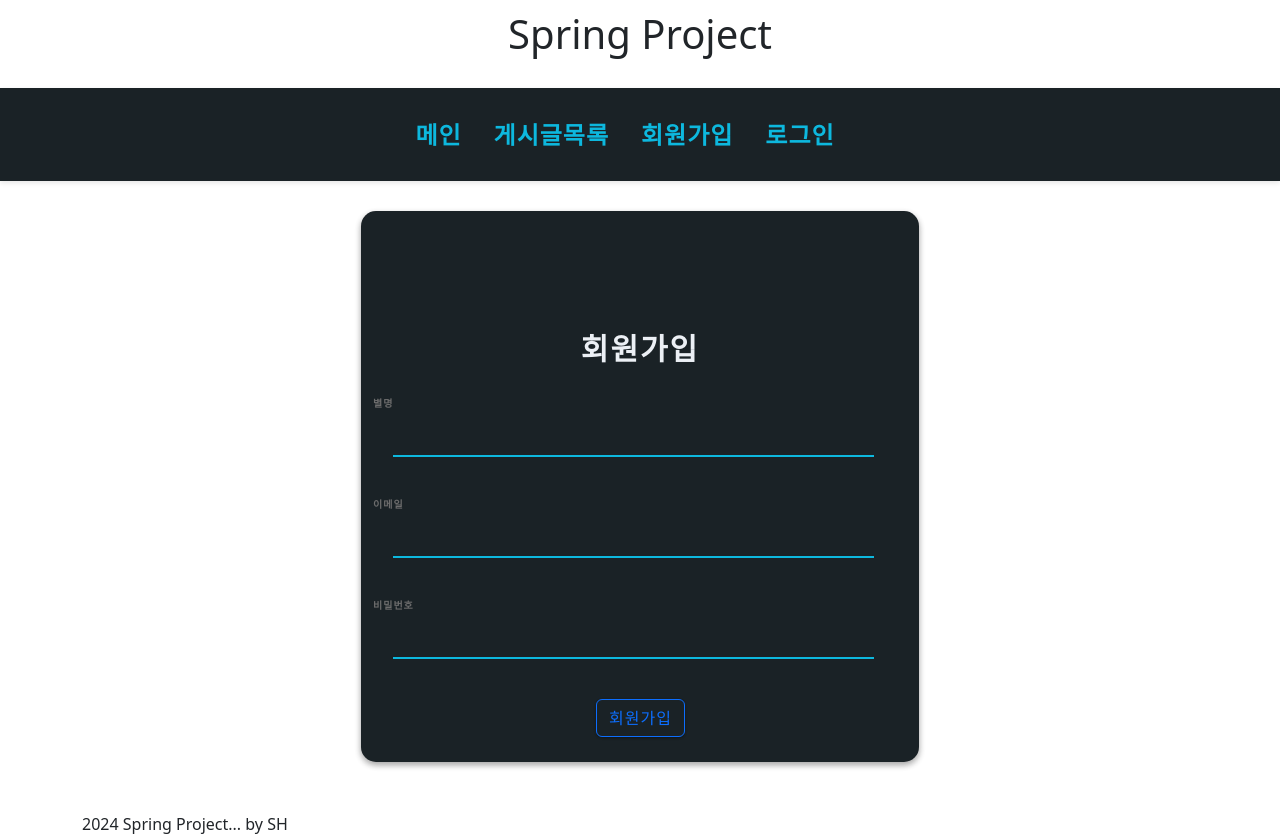
Repository: dtkd19/spring_personal_project
Page: http://localhost/myproject/WEB-INF/views/user/register.jsp
An editor plug-in stored every save of this project. The page is shown before and after the next save, followed by the edit.
The browser window is 1280 px wide. The pictures show the whole page.
The page is served by Tomcat 9. Nobody is signed in. Other server files are loaded and not shown. The template is opened directly, without the code that normally fills it, so the values that code supplies are empty.

Above is the page before, as saved 2024-11-08 07:16:56.

### myproject/src/main/webapp/WEB-INF/views/user/register.jsp
<%@ page language="java" contentType="text/html; charset=UTF-8"
	pageEncoding="UTF-8"%>
<%@ taglib uri="http://java.sun.com/jsp/jstl/core" prefix="c"%>
<link href="../resources/css/login.css" rel="stylesheet"/>
<jsp:include page="../layout/header.jsp" />

<div class="container-md">

	<div class="container">
		<div class="row">
			<div class="col-lg-3 col-md-2"></div>
			<div class="col-lg-6 col-md-8 login-box">
				<div class="col-lg-12 login-key">
					<i class="fa fa-key" aria-hidden="true"></i>
				</div>
				<div class="col-lg-12 login-title">회원가입</div>

				<div class="col-lg-12 login-form">
					<div class="col-lg-12 login-form">
						<form action="/user/register" method="post">

							<div class="form-group">
								<label class="form-control-label">별명</label>
								<input type="text" class="form-control" name="nickName">
							</div>
							<div class="form-group">
								<label class="form-control-label">이메일</label>
								<input type="text" class="form-control" name="email">
							</div>
							<div class="form-group">
								<label class="form-control-label">비밀번호</label>
								<input type="password" class="form-control" name="pwd">
							</div>
							<div class="col-lg-12 loginbttm">
								<div class="col-lg-6 login-btm login-text">
									<!-- Error Message -->
								</div>
								<div class="col-lg-6 login-btm login-button sBtn">
									<button type="submit" class="btn btn-outline-primary">회원가입</button>
								</div>
							</div>
						</form>
					</div>
				</div>
				<div class="col-lg-3 col-md-2"></div>
			</div>
		</div>
	</div>
</div>

<jsp:include page="../layout/footer.jsp" />

### myproject/src/main/webapp/WEB-INF/views/layout/header.jsp
<%@ page language="java" contentType="text/html; charset=UTF-8"
    pageEncoding="UTF-8"%><%@ taglib uri="http://java.sun.com/jsp/jstl/core" prefix="c"%>

 <%@ taglib uri="http://www.springframework.org/security/tags" prefix="sec" %>

<!DOCTYPE html>
<html>
<head>
<meta charset="UTF-8">
<title>header.jsp</title>
<link href="../resources/css/header.css" rel="stylesheet"/>
<link href="https://cdn.jsdelivr.net/npm/bootstrap@5.3.3/dist/css/bootstrap.min.css" rel="stylesheet" integrity="sha384-QWTKZyjpPEjISv5WaRU9OFeRpok6YctnYmDr5pNlyT2bRjXh0JMhjY6hW+ALEwIH" crossorigin="anonymous">
<script src="https://cdn.jsdelivr.net/npm/bootstrap@5.3.3/dist/js/bootstrap.bundle.min.js" integrity="sha384-YvpcrYf0tY3lHB60NNkmXc5s9fDVZLESaAA55NDzOxhy9GkcIdslK1eN7N6jIeHz" crossorigin="anonymous"></script>
</head>
<body>

<h1 style="text-align: center;" class="pj">
	Spring Project
</h1>
<ul class="nav justify-content-center nbar">
  <li class="nav-item">
    <h4><a class="nav-link active" aria-current="page" href="/">메인</a></h4>
  </li>
  <li class="nav-item">
    <h4> <a class="nav-link" href="/board/list">게시글목록</a></h4>
  </li>
  <sec:authorize access="isAnonymous()">
  <li class="nav-item">
     <h4><a class="nav-link" href="/user/register">회원가입</a></h4>
  </li>
  <li class="nav-item">
    <h4> <a class="nav-link" href="/user/login">로그인</a></h4>
  </li>
  </sec:authorize>

  <sec:authorize access="isAuthenticated()">
  <sec:authentication property="principal.uvo.authList" var="auths"/>
	  <li class="nav-item">
		  <h4> <a class="nav-link" href="/board/register">글쓰기</a></h4>
	  </li>
	  <li class="nav-item">
		  <h4> <a class="nav-link" href="/user/mypage">내정보</a></h4>
	  </li>
	  <c:if test="${auths.stream().anyMatch(authVO -> authVO.auth.equals('ROLE_ADMIN')).get()}">
	    <li class="nav-item">
	       <h4> <a class="nav-link text-danger" href="/user/list">사용자목록</a></h4>
	    </li>
	  </c:if>
	  <li class="nav-item">
		   <h4><a class="nav-link" href="/user/logout">로그아웃</a></h4>
	  </li>
  </sec:authorize>
</ul>

</body>
</html>

### myproject/src/main/webapp/WEB-INF/views/layout/footer.jsp
<%@ page language="java" contentType="text/html; charset=UTF-8"
    pageEncoding="UTF-8"%>
<%@ taglib uri="http://java.sun.com/jsp/jstl/core" prefix="c"%>

	<div class="container-md">
		<div style= "vertical-align: middle; margin-top: 50px" >
		2024 Spring Project... by SH
		</div>
	</div>
</body>
</html>

### myproject/src/main/webapp/resources/css/login.css
@charset "UTF-8";
body {
    background: #222D32;
    font-family: 'Roboto', sans-serif;
}

.login-box {
    margin-top: 75px;
    height: auto;
    background: #1A2226;
    text-align: center;
    box-shadow: 0 3px 6px rgba(0, 0, 0, 0.16), 0 3px 6px rgba(0, 0, 0, 0.23);
    border-radius: 15px;
}

.login-box input{
	width: 90%;
	margin-left: 20px;

}

.login-key {
    height: 100px;
    font-size: 80px;
    line-height: 100px;
    background: -webkit-linear-gradient(#27EF9F, #0DB8DE);
    -webkit-background-clip: text;
    -webkit-text-fill-color: transparent;
}

.login-title {
    margin-top: 15px;
    text-align: center;
    font-size: 30px;
    letter-spacing: 2px;
    margin-top: 15px;
    font-weight: bold;
    color: #ECF0F5;
}

.login-form {
    margin-top: 25px;
    text-align: left;
}

input[type=text] {
    background-color: #1A2226;
    border: none;
    border-bottom: 2px solid #0DB8DE;
    border-top: 0px;
    border-radius: 0px;
    font-weight: bold;
    outline: 0;
    margin-bottom: 20px;
    padding-left: 0px;
    color: #ECF0F5;
}

input[type=password] {
    background-color: #1A2226;
    border: none;
    border-bottom: 2px solid #0DB8DE;
    border-top: 0px;
    border-radius: 0px;
    font-weight: bold;
    outline: 0;
    padding-left: 0px;
    margin-bottom: 20px;
    color: #ECF0F5;
}

.form-group {
    margin-bottom: 40px;
    outline: 0px;
}

.form-control:focus {
    border-color: inherit;
    -webkit-box-shadow: none;
    box-shadow: none;
    border-bottom: 2px solid #0DB8DE;
    outline: 0;
    background-color: #1A2226;
    color: #ECF0F5;
}

input:focus {
    outline: none;
    box-shadow: 0 0 0;
}

label {
    margin-bottom: 0px;
}

.form-control-label {
    font-size: 10px;
    color: #6C6C6C;
    font-weight: bold;
    letter-spacing: 1px;
    padding-bottom: 8px;
}

.btn-outline-primary {
    border-color: #0DB8DE;
    color: #0DB8DE;
    border-radius: 0px;
    font-weight: bold;
    letter-spacing: 1px;
    box-shadow: 0 1px 3px rgba(0, 0, 0, 0.12), 0 1px 2px rgba(0, 0, 0, 0.24);
}

.btn-outline-primary:hover {
    background-color: #0DB8DE;
    right: 0px;
}

.login-btm {
    float: left;
}

.login-button {
    padding-right: 0px;
    margin-left : 30px;
    text-align: right;
    margin-bottom: 25px;
}

.login-text {
    text-align: left;
    padding-left: 0px;
    color: #A2A4A4;
}

.loginbttm {
    padding: 0px;
}

.sBtn{
	margin-left: 45px;
}

### myproject/src/main/webapp/resources/css/header.css
@charset "UTF-8";
.nbar{
	width : 100%;
	padding: 15px 30px;
	background-color: #1A2226;
	color: #ECF0F5;
	box-shadow: 0 2px 5px rgba(0, 0, 0, 0.1);
}

.nbar a{
	  color: #0DB8DE;
	  text-decoration: none;
	  font-weight: bold;
	  letter-spacing: 1px;
	  transition: color 0.3s ease;
	  margin-top: 10px;
}
.nbar a:hover {
    color: #0098C;
}

.container-md{
	margin-top: 30px;
}

.pj{
	margin-top : 10px;
	margin-bottom: 30px;
}

After the next save:
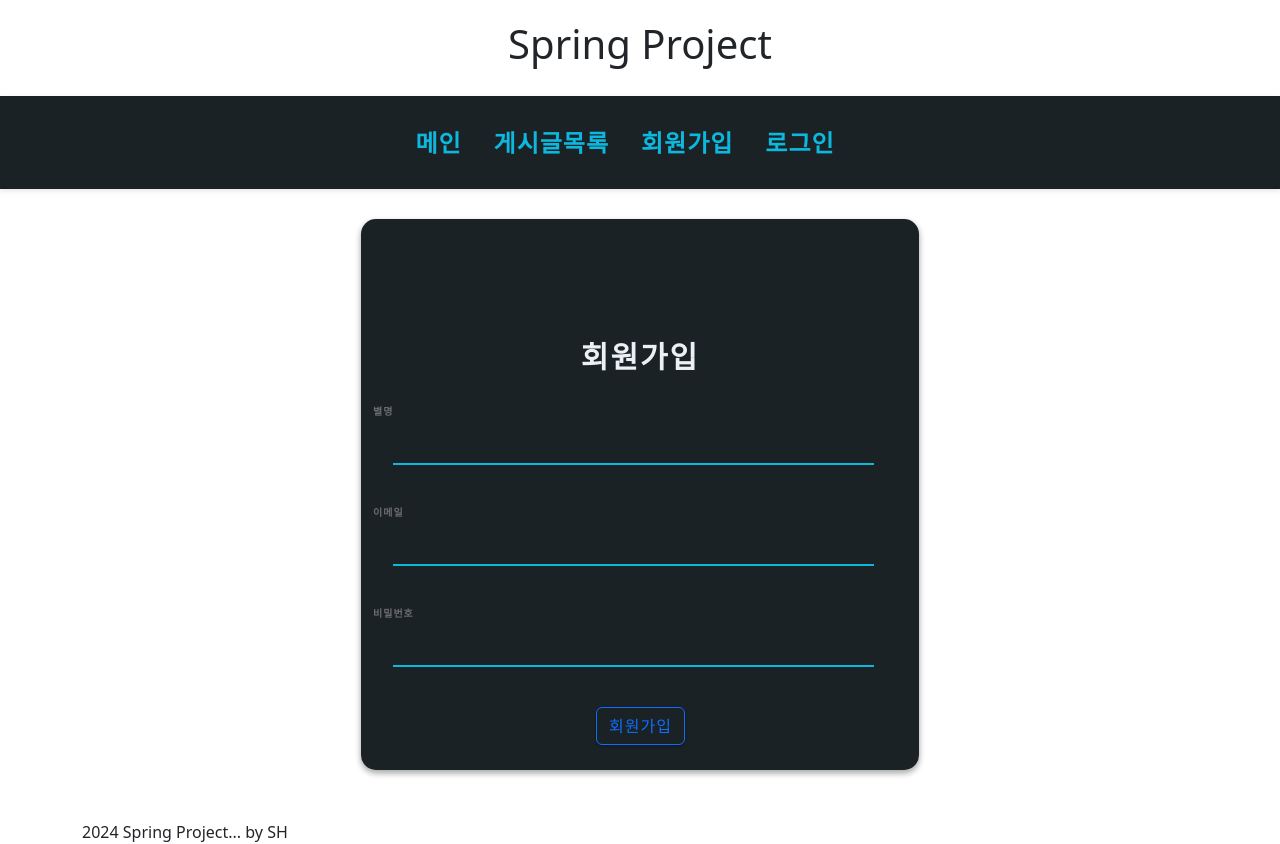
Saved 9 s later.
--- a/myproject/src/main/webapp/resources/css/header.css
+++ b/myproject/src/main/webapp/resources/css/header.css
@@ -24,6 +24,5 @@
 }
 
 .pj{
-	margin-top : 10px;
-	margin-bottom: 30px;
+	padding: 20px;
 }
